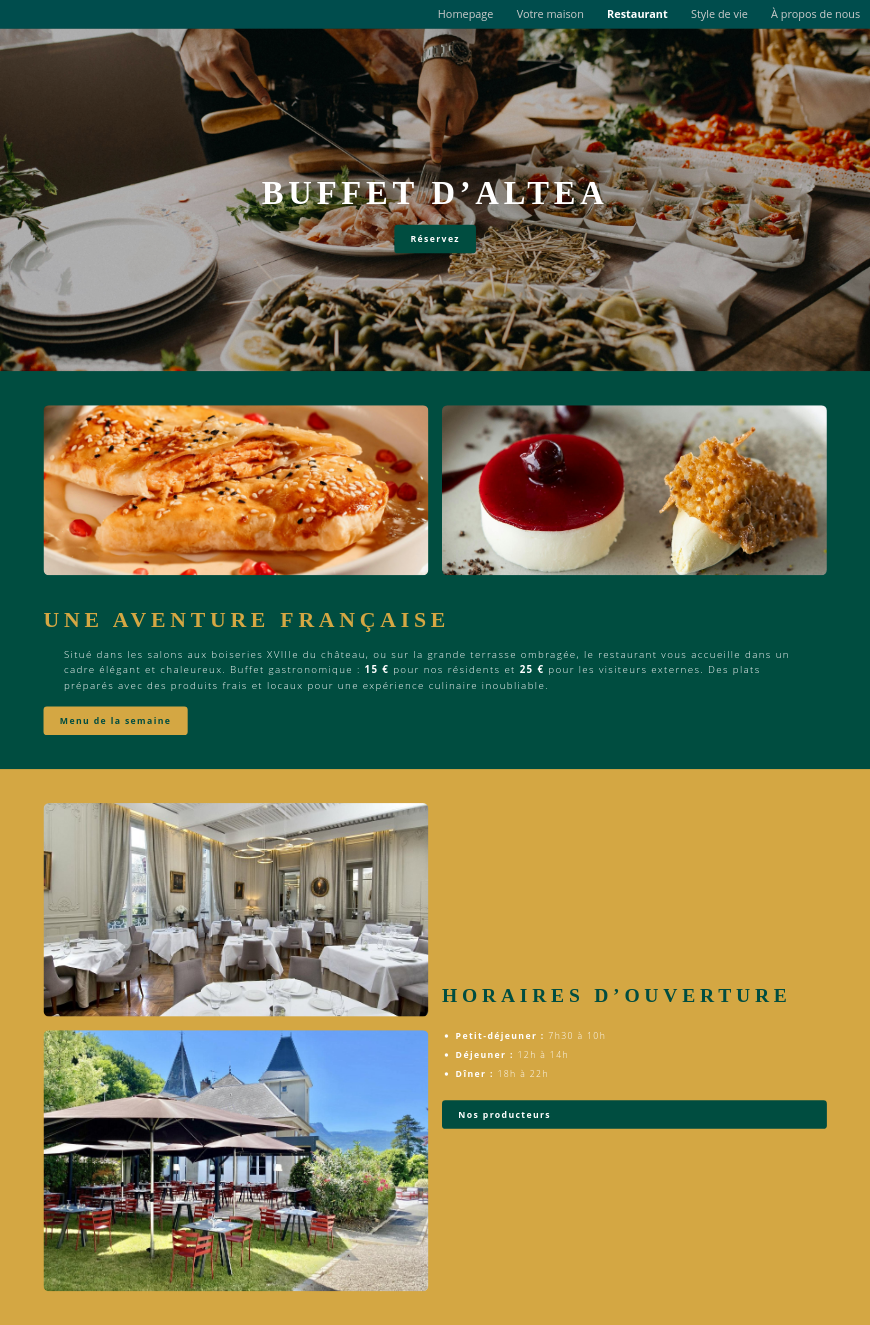
Repository: Rahimzeeeer/alteaaaa
Page: restaurant.html
An editor plug-in stored every save of this project. The page is shown before and after the next save, followed by the edit.
The browser window is 1280 px wide. The pictures show the whole page, at 68% of full size.

Above is the page before, as saved 2025-08-12 17:45:43.

### restaurant.html
<!DOCTYPE html>
<html lang="fr">
<head>
  <meta charset="UTF-8" />
  <meta name="viewport" content="width=device-width, initial-scale=1.0"/>
  <title>Restaurant – Altea</title>
  <link rel="stylesheet" href="style.css" />
  <link rel="stylesheet" href="https://cdnjs.cloudflare.com/ajax/libs/font-awesome/6.5.0/css/all.min.css"/>
</head>
<body>

  <!-- Navbar -->
  <header>
    <nav class="navbar">
      <ul>
        <li><a href="index.html">Homepage</a></li>
        <li><a href="maison.html">Votre maison</a></li>
        <li><a href="restaurant.html" class="active">Restaurant</a></li>
        <li><a href="style.html">Style de vie</a></li>
        <li><a href="apropos.html">À propos de nous</a></li>
      </ul>
    </nav>
  </header>

  <!-- HERO -->
  <section class="resto-hero">
    <img src="images/resto/hero.jpg" alt="Buffet d'Altea">
    <div class="resto-hero-content">
      <h1>BUFFET D’ALTEA</h1>
      <a href="#" class="btn btn-teal">Réservez</a>
    </div>
  </section>

  <!-- UNE AVENTURE FRANÇAISE -->
  <section class="resto-aventure" class="aventure-francaise">
    <div class="aventure-images">
      <img src="images/resto/dish-1.jpg" alt="Plat 1">
      <img src="images/resto/dish-2.jpg" alt="Plat 2">
    </div>
    <div class="aventure-text">
      <h2>UNE AVENTURE FRANÇAISE</h2>
      <p>
        Situé dans les salons aux boiseries XVIIIe du château, ou sur la grande terrasse ombragée,
        le restaurant vous accueille dans un cadre élégant et chaleureux. Buffet gastronomique :
        <strong>15 €</strong> pour nos résidents et <strong>25 €</strong> pour les visiteurs externes.
        Des plats préparés avec des produits frais et locaux pour une expérience culinaire inoubliable.
      </p>
      <a href="#" class="btn btn-gold">Menu de la semaine</a>
    </div>
  </section>

  <!-- HORAires -->
  <section class="resto-horaires">
    <div class="horaires-images">
      <img src="images/resto/dining-room.jpg" alt="Salle à manger">
      <img src="images/resto/terrace.jpg" alt="Terrasse">
    </div>
    <div class="horaires-text">
      <h3>HORAIRES D’OUVERTURE</h3>
      <ul>
        <li><strong>Petit-déjeuner :</strong> 7h30 à 10h</li>
        <li><strong>Déjeuner :</strong> 12h à 14h</li>
        <li><strong>Dîner :</strong> 18h à 22h</li>
      </ul>
      <a href="#" class="btn btn-teal">Nos producteurs</a>
    </div>
  </section>

</body>
</html>

### style.css
/* =========================
   Variables & reset
========================= */
:root{
  --green: #0a4e48;      /* vert profond (fond global) */
  --teal:  #004d4d;      /* navbar / boutons */
  --gold:  gold;         /* accents dorés */
  --ink:   #233;         /* texte sombre sur fond clair */
  --white: #fff;
}

*{ box-sizing: border-box; }

/* ===== Fonts ===== */
/* Exemple : Serif pour titres et Sans-serif pour le reste */
@import url('https://fonts.googleapis.com/css2?family=Merriweather:wght@400;700&family=Open+Sans:wght@400;600&display=swap');


/* Titres en serif */
h1, h2, h3, h4, .section-title {
  font-family: 'Open sans', serif;
  letter-spacing: 7px;
  font-size: 2.5rem; /* plus grand */
}

h1{
  font-size: 3rem; /* plus grand */
}
h2{
  font-size: 2rem; /* plus grand */
}

h3{
  font-size: 1.8rem; /* plus grand */
}

h4{
  font-size: 1.3rem; /* plus grand */
}
p{
  font-size: 0.9rem; /* plus grand */
}
div{
  font-size: 0.8rem; /* plus grand */
}


p, span, div{
  font-family: 'Open sans', sans-serif;
  letter-spacing: 2px;
  font-weight : lighter
}



body{
  margin: 0;
  font-family: 'Open Sans', sans-serif;
  background-color: var(--green);
  color: var(--white);
}

/* Texte vert sur fond jaune */
.gold-bg {
    background-color: #d4a949;
    color: #004d40; /* Vert foncé élégant */
}

.gold-bg h2,
.gold-bg h3,
.gold-bg p {
    color: #004d40;
}


/* =========================
   Navbar
========================= */
.navbar{
  background-color: var(--teal);
  padding: 10px 0;
  text-align: right;
  box-shadow: 0 2px 8px rgba(0,0,0,0.3);
}
.navbar ul{ list-style: none; margin: 0; padding: 0; }
.navbar li{ display: inline-block; margin: 0 15px; }
.navbar a{
  color: #ccc;
  text-decoration: none;
  font-size: 16px;
  transition: color .3s ease;
}
.navbar a:hover,
.navbar a.active{ color: var(--white); }
.navbar a.active{ font-weight: bold; }

/* =========================
   Hero
========================= */
.hero {
  position: relative;
  width: 100%;
  height: 90vh;
  display: flex;
  align-items: center;
  justify-content: center;
}

.hero-image {
  position: absolute; inset: 0;
  width: 100%; height: 100%;
  object-fit: cover; z-index: -1;
  filter: brightness(0.8);
  transform: scale(1.03);
}

/* === Homepage hero refinements === */
.hero-content {
  width: 100%;
  height: 100%;
  display: flex;
  flex-direction: column;
  justify-content: flex-start;
  align-items: center;
  padding-top: 2vh; /* valeur réduite = logo monte */
  text-align: center;
  color: var(--white);
}


.hero-logo {
  max-width: 280px; /* taille augmentée */
}


.hero-welcome {
  font-family: 'Open sans', serif;
  letter-spacing: 10px;
  text-transform: uppercase;
  font-size: 2rem; /* plus grand pour un effet prestige */
  opacity: 0.9;
  margin-bottom: 8px;
}


.hero-buttons {
  position: absolute;
  bottom: 24px;
  margin: 0;
}

.hero-buttons .btn {
  display: inline-block;
  background-color: var(--green);
  color: var(--gold);
  padding: 10px 16px;
  margin: 10px;
  font-weight: lighter;
  text-decoration: none;
  border-radius: 4px;
  transition: filter 0.3s, transform 0.3s;
  font-size: 1em;
  border: 1px solid rgba(0,0,0,0.1);
  font-family: 'Open sans'seif;
  letter-spacing: 5px;
}

.hero-buttons .btn:hover {
  filter: brightness(1.05);
  transform: translateY(-1px);
}


/* =========================
   Catégories
========================= */
.section-title{
  text-align: center;
  font-size: 2rem;
  margin: 30px 0;
  color: var(--white);
  font-weight: lighter;
}
.category-grid{
  display: grid;
  grid-template-columns: repeat(3, 1fr);
  gap: 15px;
  max-width: 1000px;
  margin: 0 auto;
}
.category-item{ position: relative; overflow: hidden; }
.category-item img{ width: 100%; display: block; }
.category-item span{
  position: absolute; left: 50%; bottom: 10px;
  transform: translateX(-50%);
  background-color: rgba(0,77,77,.8);
  color: var(--white);
  padding: 6px 12px;

  border-radius: 4px;
}

/* =========================
   Notre resort
========================= */
.resort{
  max-width: 1000px;
  margin: 50px auto;
  padding: 20px;
  color: var(--white);
  text-align: center;
}
.resort-text h2{ font-size: 2em; margin: 0 0 10px; }
.resort-text p{ margin: 15px 0; line-height: 1.5; }
.btn-gold{
  background-color: var(--gold);
  color: var(--teal);
  padding: 8px 14px;
  text-decoration: none;
  font-weight: bold;
  border-radius: 20px;

}
.resort-video video{
  margin-top: 20px;
  width: 100%;
  border-radius: 8px;
}

/* =========================
   Actualités
========================= */
.actualites{
  padding: 40px;
  text-align: center;
  background-color: var(--teal);
  color: var(--white);
}
.actus-grid{
  display: grid;
  grid-template-columns: repeat(3, 1fr);
  padding: 0 50px; /* marge interne gauche/droite */
  gap: 20px;
}
.actus-item{
  background: transparent;
  border: 1px solid var(--gold);
  position: relative;
}
.actus-item img{
  width: 100%;
  height: 300px;         /* taille uniforme */
  object-fit: cover;     /* recadrage propre */
  border-bottom: 2px solid var(--gold);
}
.actus-item h3,p{
  text-align: left;
  padding: 0 30px;
}
.plus-btn{
  position: absolute; bottom: 10px; right: 10px;
  background-color: var(--gold);
  color: var(--teal);
  font-weight: bold;
  border-radius: 50%;
  padding: 5px 10px;
  cursor: pointer;
}

/* =========================
   Avis (fond flou en arrière-plan)
========================= */
.avis{
  position: relative;
  overflow: hidden;
  min-height: 100vh;                    /* ≈ une page */
  display: flex; flex-direction: column;
  justify-content: center; align-items: center;
  padding: 60px 20px;
  text-align: center;
  color: var(--white);
}
.avis::before{
  content: "";
  position: absolute; inset: 0;
  background: url('images/index/avisbg.png') center/cover no-repeat;
  filter: brightness(0.6);
  transform: scale(1.03);
  z-index: 0;
}
.avis > *{ position: relative; z-index: 1; }
.avis h2{ margin-bottom: 24px; font-size: 2.2rem; }
.avis-container{
  display: flex; justify-content: center; flex-wrap: wrap;
  gap: 40px;
}
.avis-item{ max-width: 360px; font-style: italic; }

/* =========================
   Nous contacter
========================= */
.contact{
  background-color: #d4a743;  /* fond or/moutarde */
  padding: 60px 20px;
  color: var(--ink);
  text-align: center;
}

.contact h3 {
  text-align: left;
  font-size: 1.8rem;

}

.contact-grid{
  max-width: 1000px; margin: 0 auto;
  display: grid; grid-template-columns: repeat(3, 1fr);
  gap: 24px;
}
.contact-box{
  background: rgba(255,255,255,.02);
  border: 2px solid var(--green);
  border-radius: 8px;
  padding: 24px;
  min-height: 220px;
  box-shadow: 0 2px 6px rgba(0,0,0,.08);
}
.contact-box h3{
  margin: 0 0 12px;
  font-weight: 700;
}

/* =========================
   Responsive
========================= */
@media (max-width: 900px){
  .category-grid{ grid-template-columns: 1fr 1fr; }
  .actus-grid{ grid-template-columns: 1fr; }
  .contact-grid{ grid-template-columns: 1fr; }
  .hero{ height: 70vh; }
}


/* =========================
   Votre maison
========================= */

/* Bandeau haut avec encart */
.cover-banner{
  position: relative;
  width: 100%;
  height: 60vh;
  background: var(--green);
  display: flex;
  align-items: flex-start;
  justify-content: center;
  padding-top: 40px;
}
.cover-banner::before{
  content: "";
  position: absolute; inset: 0;
  background: var(--green) center/cover no-repeat;
  background-image: var(--cover);

  z-index: 0;
}
.cover-bubble{
  position: relative;
  z-index: 1;
  max-width: 1100px;
  margin: 0 20px;
  background: rgba(0,77,77,.7);
  color: var(--white);
  padding: 16px 22px;
  border-radius: 10px;
  line-height: 1.6;
}

/* Intro + titre + grand visuel */
.lodging-intro{
  max-width: 1100px;
  margin: 40px auto 20px;
  padding: 0 20px;
}
.lodging-intro h1{
  font-family: 'Merriweather', serif;
  font-size: 3rem;
  text-align: center;
  margin: 10px 0 16px;
}
.lodging-intro p{
  text-align: center;
  line-height: 1.7;
  max-width: 980px;
  margin: 0 auto 28px;
}
.lodging-hero{
  position: relative;
  max-width: 900px;
  margin: 0 auto 32px;
  border: 8px solid rgba(0,0,0,.15);
  box-shadow: 0 10px 30px rgba(0,0,0,.25);
}
.lodging-hero img{
  display: block;
  width: 100%;
  height: auto;
}
.slide-btn{
  position: absolute; top: 50%; transform: translateY(-50%);
  width: 54px; height: 54px; border: none; cursor: pointer;
  border-radius: 50%;
  background: var(--gold);
  color: var(--teal);
  display: grid; place-items: center;
  box-shadow: 0 6px 20px rgba(0,0,0,.25);
}
.slide-btn.prev{ left: -22px; }
.slide-btn.next{ right: -22px; }

/* Tarifs */
.price-cards{
  display: grid;
  grid-template-columns: repeat(3, 1fr);
  gap: 28px;
  margin: 26px auto 10px;
  max-width: 1100px;
}
.price-card{
  background: #d4a743;
  color: var(--ink);
  padding: 22px;
  border-radius: 6px;
  box-shadow: 0 6px 16px rgba(0,0,0,.18);
  border: 2px solid rgba(0,0,0,.08);
  text-align: center;
}


/* Panneau des équipements (blanc) */
.features-panel{
  background: var(--white);
  color: var(--ink);
  margin: 60px auto;
  max-width: 1100px;
  border-radius: 6px;
  padding: 36px 28px;
}
.features-grid{
  display: grid;
  grid-template-columns: repeat(3, 1fr);
  gap: 22px 40px;
}
.feature{
  display: flex; align-items: center; gap: 12px;
  font-size: 1rem;
}
.feature i{
  color: #b9c36a;          /* vert jaunâtre comme sur la maquette */
  font-size: 26px;
  width: 28px; text-align: center;
}

/* Texte + galerie à légendes */
.lodging-gallery{
  max-width: 1100px; margin: 40px auto 80px; padding: 0 20px;
  display: grid; grid-template-columns: 1fr 1.2fr; gap: 28px;
  grid-template-columns: 1fr; /* 1 seule colonne */
}
.lg-text p{ line-height: 1.8; margin: 0; }
.lg-grid{
  display: grid; gap: 0px;
   grid-template-columns: repeat(3, 1fr); /* 3 colonnes */
}
.lg-item{
  background: rgba(255,255,255,.06);
  border: 1px solid rgba(255,255,255,.15);
}
.lg-item img{
    display: block;
    width: 100%;
    height: 200px; /* même hauteur pour toutes */
    object-fit: cover; /* rogne l'image pour remplir sans déformation */

}
.lg-item figcaption{
  text-align: center;
  padding: 12px 10px;
  font-family: 'Open sans', sans-serif;
  font-size: 0.8rem;
  letter-spacing: 3px;
  border-top: 1px solid rgba(255,255,255,.15);
}

/* Responsive */
@media (max-width: 1000px){
  .price-cards{ grid-template-columns: 1fr; }
  .features-grid{ grid-template-columns: 1fr 1fr; }
  .lodging-gallery{ grid-template-columns: 1fr; }
  .slide-btn.prev{ left: 8px; } .slide-btn.next{ right: 8px; }
}
@media (max-width: 640px){
  .cover-banner{ height: 50vh; }
  .cover-bubble{ font-size: .95rem; }
  .lodging-intro h1{ font-size: 2.2rem; }
  .features-grid{ grid-template-columns: 1fr; }
}



/* ===== Restaurant ===== */

/* HERO */
.resto-hero {
  position: relative;
  height: 70vh;
  overflow: hidden;
}
.resto-hero img {
  width: 100%;
  height: 100%;
  object-fit: cover;
  filter: brightness(0.75);
}
.resto-hero-content {
  position: absolute;
  top: 50%;
  left: 50%;
  transform: translate(-50%, -50%);
  text-align: center;
  color: white;
}
.resto-hero-content h1 {
  font-size: 3rem;
  margin-bottom: 20px;
  font-family: 'Merriweather', serif;
}
.btn {
  display: inline-block;
  padding: 12px 24px;
  text-decoration: none;
  border-radius: 5px;
  font-weight: bold;
}
.btn-teal { background-color: #004d40; color: white; }
.btn-gold { background-color: #d4a743; color: #004d40; }
.btn:hover { filter: brightness(1.1); }

/* UNE AVENTURE FRANÇAISE */
.resto-aventure {
  display: flex;
  flex-direction: column; /* empile texte puis images */
  gap: 20px;
  padding: 50px 5%;
  background-color: #004d40;
  color: white;
}


.aventure-images {
  display: flex;
  flex-direction: row;
  gap: 20px;
}
.aventure-images img {
  width: 100%;

  height: 250px;        /* hauteur fixe */
  object-fit: cover;    /* recadrage élégant */
  border-radius: 8px;   /* optionnel, angles arrondis */
}
.aventure-text {
  flex: 1;
}
.aventure-text h2 {
  font-family: 'Merriweather', serif;
  color: #d4a743;
  margin-bottom: 20px;
}
.aventure-text p {
  margin-bottom: 20px;
  line-height: 1.6;
}

/* HORAIRES */
.resto-horaires {
  display: flex;
  flex-wrap: wrap;
  gap: 20px;
  padding: 50px 5%;
  background-color: #d4a743;
}
.horaires-images {
  flex: 1;
  display: flex;
  flex-direction: column;
  gap: 20px;
}
.horaires-images img {
  width: 100%;
  border-radius: 8px;
  object-fit: cover;
}
.horaires-text {
  flex: 1;
  display: flex;
  flex-direction: column;
  justify-content: center;
}
.horaires-text h3 {
  font-family: 'Merriweather', serif;
  margin-bottom: 20px;
  color: #004d40;
}
.horaires-text ul {
  margin-bottom: 20px;
  padding-left: 20px;
}
.horaires-text li {
  margin-bottom: 10px;
}

/* Responsive */
@media (max-width: 768px) {
  .resto-aventure, .resto-horaires {
    flex-direction: column;
  }
}


/* Couleurs de fond */
.gold-bg { background-color: #d4a949; padding: 60px 80px; }
.green-bg { background-color: #004d40; color: white; padding: 60px 80px; }

/* Titres */
.title {
    text-align: center;
    font-size: 2.5rem;
    margin-bottom: 40px;
}
.serif { font-family: 'Times New Roman', serif; }

/* Section sport */
.sport-grid {
    display: grid;
    grid-template-columns: repeat(2, 1fr);
    gap: 30px;
}
.sport-item img {
    width: 100%;
    height: 250px;
    object-fit: cover;
    border-radius: 6px;
}
.sport-item h3 {
    margin-top: 10px;
    font-size: 1.5rem;
}

/* Bien-être */
.wellness-grid {
    display: grid;
    grid-template-columns: 1fr 1.5fr;
    gap: 20px;
}
.wellness-grid .images {
    display: grid;
    grid-template-columns: repeat(2, 1fr);
    gap: 10px;
}
.wellness-grid img {
    width: 100%;
    height: 200px;
    object-fit: cover;
    border-radius: 6px;
}

/* Communauté */
.community-grid {
    display: grid;
    grid-template-columns: repeat(3, 1fr);
    gap: 30px;
    text-align: center;
}
.community-item img {
    width: 100%;
    height: 250px;
    object-fit: cover;
    border-radius: 6px;
}
.community-item h3 {
    margin-top: 15px;
    font-size: 1.4rem;
}

/* Premium */
.premium-text {
    text-align: center;
    margin-bottom: 40px;
}
.premium-grid {
    display: grid;
    grid-template-columns: 2fr 1fr 1fr;
    gap: 20px;
}
.premium-grid img {
    width: 100%;
    height: 300px;
    object-fit: cover;
    border-radius: 6px;
}

.gold-bg {
  background-color: #d4af37; /* jaune doré */
  color: #004d40; /* texte vert foncé */
}

.apropos {
  padding: 60px 5%;
}

.apropos h2 {
  font-family: serif;
  font-size: 2.5rem;
  text-align: center;
  margin-bottom: 50px;
}

.apropos-grid {
  display: flex;
  justify-content: space-between;
  gap: 30px;
}

.apropos-item {
  background-color: #004d40; /* vert foncé */
  color: white;
  border-radius: 8px;
  overflow: hidden;
  flex: 1;
  display: flex;
  flex-direction: column;
}

.apropos-item img {
  width: 100%;
  height: 250px;
  object-fit: cover;
}

.apropos-text {
  padding: 20px;
}

.apropos-text h3 {
  font-size: 1.4rem;
 color: white;
  margin-bottom: 10px;
  font-family: serif;
}

.apropos-text p,
.apropos-text ul {
  font-size: 0.95rem;
  color: white;
  line-height: 1.5;
}

.apropos-text ul {
  list-style-type: disc;
  padding-left: 20px;
}

@media (max-width: 900px) {
  .apropos-grid {
    flex-direction: column;
  }
}

After the next save:
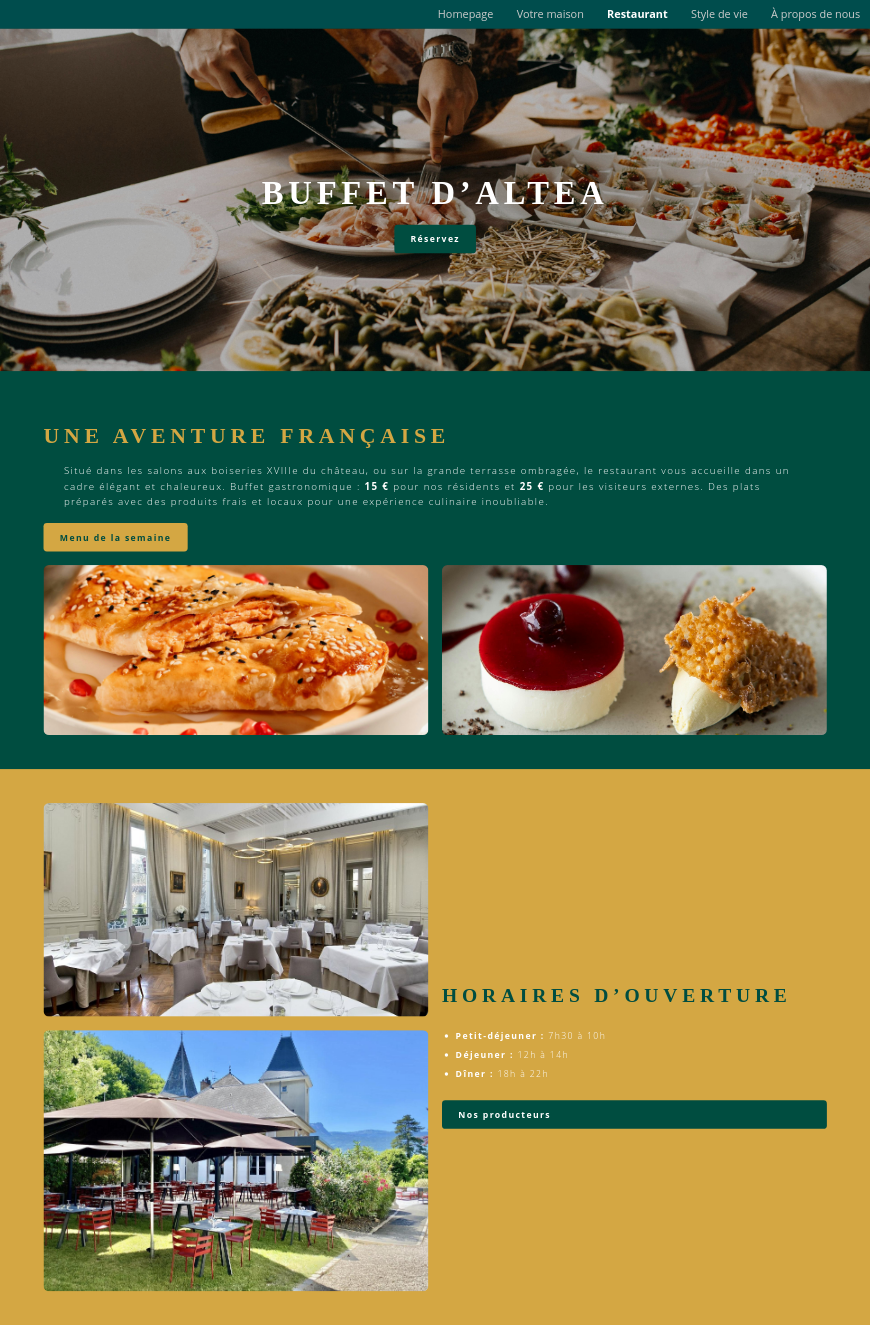
Saved 78 s later.
--- a/restaurant.html
+++ b/restaurant.html
@@ -33,10 +33,7 @@
 
   <!-- UNE AVENTURE FRANÇAISE -->
   <section class="resto-aventure" class="aventure-francaise">
-    <div class="aventure-images">
-      <img src="images/resto/dish-1.jpg" alt="Plat 1">
-      <img src="images/resto/dish-2.jpg" alt="Plat 2">
-    </div>
+
     <div class="aventure-text">
       <h2>UNE AVENTURE FRANÇAISE</h2>
       <p>
@@ -46,6 +43,10 @@
         Des plats préparés avec des produits frais et locaux pour une expérience culinaire inoubliable.
       </p>
       <a href="#" class="btn btn-gold">Menu de la semaine</a>
+    </div>
+        <div class="aventure-images">
+      <img src="images/resto/dish-1.jpg" alt="Plat 1">
+      <img src="images/resto/dish-2.jpg" alt="Plat 2">
     </div>
   </section>
 
